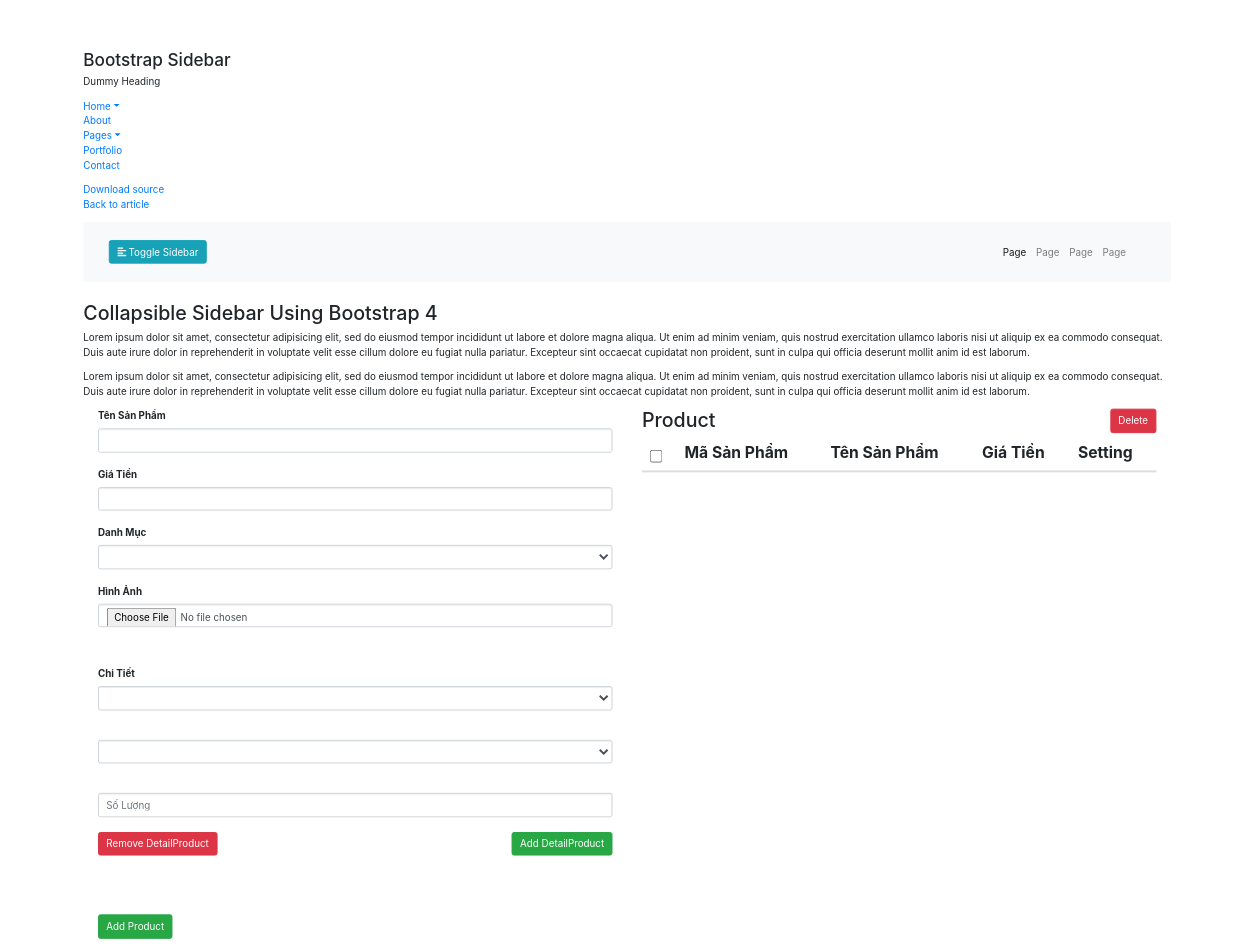
Repository: tiendungnguyen738/shoponline
Page: http://localhost/shoponline/WEB-INF/views/Product_Admin.jsp
These files come from the project's save history. The page is drawn as it stood at one moment and after the next save; the edit follows.
The browser window is 1280 px wide. The pictures show the whole page, at 98% of full size.
Some web libraries are served in a nearby version. The page is served by Tomcat 9. Nobody is signed in. Other server files are loaded and not shown. The template is opened directly, without the code that normally fills it, so the values that code supplies are empty.

Above is the page before, as saved 2019-09-24 13:18:37.

### shoponline/src/main/webapp/WEB-INF/views/Product_Admin.jsp
<%@ taglib prefix="c" uri="http://java.sun.com/jsp/jstl/core" %>
<%@ page contentType="text/html;charset=UTF-8" language="java" %>

<html>
<head>
    <title>Product-Manage</title>
    <meta charset="utf-8">
    <link rel="stylesheet" href="https://maxcdn.bootstrapcdn.com/bootstrap/3.4.0/css/bootstrap.min.css">
   	<link rel="stylesheet" href="<c:url value='/resources/admin/product-admin.css'/>"/>

   	<meta name="viewport" content="width=device-width, initial-scale=1.0">
    <meta http-equiv="X-UA-Compatible" content="IE=edge">

    <link rel="stylesheet" href="https://stackpath.bootstrapcdn.com/bootstrap/4.1.0/css/bootstrap.min.css" integrity="sha384-9gVQ4dYFwwWSjIDZnLEWnxCjeSWFphJiwGPXr1jddIhOegiu1FwO5qRGvFXOdJZ4" crossorigin="anonymous">
    <script defer src="https://use.fontawesome.com/releases/v5.0.13/js/solid.js" integrity="sha384-tzzSw1/Vo+0N5UhStP3bvwWPq+uvzCMfrN1fEFe+xBmv1C/AtVX5K0uZtmcHitFZ" crossorigin="anonymous"></script>
    <script defer src="https://use.fontawesome.com/releases/v5.0.13/js/fontawesome.js" integrity="sha384-6OIrr52G08NpOFSZdxxz1xdNSndlD4vdcf/q2myIUVO0VsqaGHJsB0RaBE01VTOY" crossorigin="anonymous"></script>

</head>
<body>
    <div class="container" style="margin-top: 50px;">
    <div class="wrapper">
			<nav id="sidebar">
            <div class="sidebar-header">
                <h3>Bootstrap Sidebar</h3>
            </div>

            <ul class="list-unstyled components">
                <p>Dummy Heading</p>
                <li class="active">
                    <a href="#homeSubmenu" data-toggle="collapse" aria-expanded="false" class="dropdown-toggle">Home</a>
                    <ul class="collapse list-unstyled" id="homeSubmenu">
                        <li>
                            <a href="#">Home 1</a>
                        </li>
                        <li>
                            <a href="#">Home 2</a>
                        </li>
                        <li>
                            <a href="#">Home 3</a>
                        </li>
                    </ul>
                </li>
                <li>
                    <a href="#">About</a>
                </li>
                <li>
                    <a href="#pageSubmenu" data-toggle="collapse" aria-expanded="false" class="dropdown-toggle">Pages</a>
                    <ul class="collapse list-unstyled" id="pageSubmenu">
                        <li>
                            <a href="#">Page 1</a>
                        </li>
                        <li>
                            <a href="#">Page 2</a>
                        </li>
                        <li>
                            <a href="#">Page 3</a>
                        </li>
                    </ul>
                </li>
                <li>
                    <a href="#">Portfolio</a>
                </li>
                <li>
                    <a href="#">Contact</a>
                </li>
            </ul>

            <ul class="list-unstyled CTAs">
                <li>
                    <a href="https://bootstrapious.com/tutorial/files/sidebar.zip" class="download">Download source</a>
                </li>
                <li>
                    <a href="https://bootstrapious.com/p/bootstrap-sidebar" class="article">Back to article</a>
                </li>
            </ul>
        </nav>
            <div id="content">

            <nav class="navbar navbar-expand-lg navbar-light bg-light">
                <div class="container-fluid">

                    <button type="button" id="sidebarCollapse" class="btn btn-info">
                        <i class="fas fa-align-left"></i>
                        <span>Toggle Sidebar</span>
                    </button>
                    <button class="btn btn-dark d-inline-block d-lg-none ml-auto" type="button" data-toggle="collapse" data-target="#navbarSupportedContent" aria-controls="navbarSupportedContent" aria-expanded="false" aria-label="Toggle navigation">
                        <i class="fas fa-align-justify"></i>
                    </button>

                    <div class="collapse navbar-collapse" id="navbarSupportedContent">
                        <ul class="nav navbar-nav ml-auto">
                            <li class="nav-item active">
                                <a class="nav-link" href="#">Page</a>
                            </li>
                            <li class="nav-item">
                                <a class="nav-link" href="#">Page</a>
                            </li>
                            <li class="nav-item">
                                <a class="nav-link" href="#">Page</a>
                            </li>
                            <li class="nav-item">
                                <a class="nav-link" href="#">Page</a>
                            </li>
                        </ul>
                    </div>
                </div>
            </nav>

            <h2>Collapsible Sidebar Using Bootstrap 4</h2>
            <p>Lorem ipsum dolor sit amet, consectetur adipisicing elit, sed do eiusmod tempor incididunt ut labore et dolore magna aliqua. Ut enim ad minim veniam, quis nostrud exercitation ullamco laboris nisi ut aliquip ex ea commodo consequat. Duis aute irure dolor in reprehenderit in voluptate velit esse cillum dolore eu fugiat nulla pariatur. Excepteur sint occaecat cupidatat non proident, sunt in culpa qui officia deserunt mollit anim id est laborum.</p>
            <p>Lorem ipsum dolor sit amet, consectetur adipisicing elit, sed do eiusmod tempor incididunt ut labore et dolore magna aliqua. Ut enim ad minim veniam, quis nostrud exercitation ullamco laboris nisi ut aliquip ex ea commodo consequat. Duis aute irure dolor in reprehenderit in voluptate velit esse cillum dolore eu fugiat nulla pariatur. Excepteur sint occaecat cupidatat non proident, sunt in culpa qui officia deserunt mollit anim id est laborum.</p>


            <div class="col-md-6 col-sm-12 form-group">
                <form id="form-sanpham">
                    <label>Tên Sản Phẩm</label>
                    <input type="text" class="form-control" id="tenSanPham" name="tenSanPham"></br>

                    <label>Giá Tiền</label>
                    <input type="text" class="form-control" id="giaTien" name="giaTien"></br>

                    <label for="danhmucsanpham">Danh Mục</label><br>
                    <select id="danhmucsanpham" name="danhmucsanpham" class="form-control">
                       <c:forEach items="${categoryList}" var="categoryList">
                            <option value="${categoryList.category_id}">${categoryList.category_name}</option>
                        </c:forEach>
                    </select><br/>

                    <label>Hình Ảnh</label>
                    <input type="file" class="form-control" id="uploadhinhanh" name="uploadhinhanh"></br>
					<br/>
                </form>
                    <div id="containerChitietsanpham">

                        <div class="chitietsanpham">
                            <label>Chi Tiết</label></br>

                            <select name="size" class="form-control">
                                 <c:forEach items="${sizeList}" var="sizeList">
                                    <option value="${sizeList.id}">${sizeList.sizeName}</option>
                                </c:forEach>
                            </select></br></br>

                            <select name="mau" class="form-control">
                                 <c:forEach items="${colorList}" var="colorList">
                                    <option value="${colorList.id}">${colorList.colorName}</option>
                                </c:forEach>
                            </select></br></br>

                            <input type="number" name="soluong" class="form-control" placeholder="Số Lượng"/></br>
                            <button type="button" class="btn btn-danger btn-remove" style="display: inline;">Remove DetailProduct</button>
                            <button type="button" class="btn btn-success btn-detail" style="float:right;display: inline;">Add DetailProduct</button></br>
                        </div></br></br>
                    </div>

                        <div class="chitietsanpham" id="idChiTietSanPham">
                            <label>Chi Tiết</label></br>

                            <select name="size" class="form-control" id="size1">
                                <c:forEach items="${sizeList}" var="sizeList">
                                    <option value="${sizeList.id}">${sizeList.sizeName}</option>
                                </c:forEach>
                            </select></br></br>

                            <select name="mau" class="form-control" id="mau1">
                                 <c:forEach items="${colorList}" var="colorList">
                                    <option value="${colorList.id}">${colorList.colorName}</option>
                                </c:forEach>
                            </select></br></br>

                            <input type="number" name="soluong" id="soLuong1" class="form-control" placeholder="Số Lượng"/></br>
                            <button type="button" class="btn btn-danger btn-remove" style="display: inline;">Remove DetailProduct</button>
                            <button type="button" class="btn btn-success btn-detail" style="float:right;display: inline;">Add DetailProduct</button></br><br/>
                            <button type="button" class="btn btn-dark" id="cancel">Cancel</button>
                            <button type="button" class="btn btn-primary capNhatSanPham" id="capNhatSanPham">Update Product</button>
                        </div></br></br>
                    <button id="btn-themSanPham" type="button" class="btn btn-success">Add Product</button>

            </div>
	        <div class="col-md-6 col-sm-12">
	            <div>
	                <h2 style="display: inline;">Product</h2>
	                <button type="button" class="btn btn-danger" id="button-delete" style="float:right;display: inline;">Delete</button>
	            </div>
	            <table class="table table-hover" id="table-product">
	                <thead>
	                <tr>
	                    <th><input type="checkbox" class="AllCheckBox" id="allBox"></th>
	                    <th>Mã Sản Phẩm</th>
	                    <th>Tên Sản Phẩm</th>
	                    <th>Giá Tiền</th>
	                    <th>Setting</th>
	                </tr>
	                </thead>
	                <tbody>
		             	<c:forEach items="${productList1}" var="pro">
		                    <tr>
		                        <td><input type="checkbox" value="${pro.id}" name="sport"/></td>
		                        <td>${pro.id}</td>
		                        <td>${pro.productName}</td>
		                        <td>${pro.price}</td>
		                        <td><button type="button" class="btn btn-warning" value="${pro.id}" id="editProduct">Edit</button></td>
		                    </tr>
		                </c:forEach>
	                </tbody>
	            </table>
	            <ul style="display: inline;list-style-type: none;" class="pagination">
	                <c:forEach begin="1" end="${tongSoTrang}" var="trangThu">
	                     <li style="display: inline;margin-left: -6%;" class="page-item">
	                         <a href="/shoponline/admin-product/${trangThu}" class="page" style="padding: 7px 10px;border-radius: 5px; border:1px blue solid;"><c:out value="${trangThu}"/></a>
	                     </li>
	                </c:forEach>
	            </ul>
	        </div>


        </div>
        </div>
    </div>

    <script src="https://code.jquery.com/jquery-3.3.1.slim.min.js" integrity="sha384-q8i/X+965DzO0rT7abK41JStQIAqVgRVzpbzo5smXKp4YfRvH+8abtTE1Pi6jizo" crossorigin="anonymous"></script>
    <!-- Popper.JS -->
    <script src="https://cdnjs.cloudflare.com/ajax/libs/popper.js/1.14.0/umd/popper.min.js" integrity="sha384-cs/chFZiN24E4KMATLdqdvsezGxaGsi4hLGOzlXwp5UZB1LY//20VyM2taTB4QvJ" crossorigin="anonymous"></script>
    <!-- Bootstrap JS -->
    <script src="https://stackpath.bootstrapcdn.com/bootstrap/4.1.0/js/bootstrap.min.js" integrity="sha384-uefMccjFJAIv6A+rW+L4AHf99KvxDjWSu1z9VI8SKNVmz4sk7buKt/6v9KI65qnm" crossorigin="anonymous"></script>

    <script type="text/javascript">
        $(document).ready(function () {
            $('#sidebarCollapse').on('click', function () {
                $('#sidebar').toggleClass('active');
            });
        });
    </script>
</body>

<script src="http://code.jquery.com/jquery-1.9.1.js"></script>
<script src="http://malsup.github.com/jquery.form.js"></script>
<script type="text/javascript" src="<c:url value='/resources/js/productManage.js'/>"></script>

</html>

### shoponline/src/main/webapp/resources/admin/product-admin.css
#idChiTietSanPham{
	 display:none;
}

### shoponline/src/main/webapp/resources/js/productManage.js
$(document).ready(function(){
	var idProduct = 0;
    var files= [];
	var nameImage = "";
	$("#uploadhinhanh").change(function(event){
		 files = event.target.files;
	       nameImage = files[0].name;
	       var forms = new FormData();
	       forms.append("file",files[0]);
	       $.ajax({
	           url:"/shoponline/api-product-manage/upload-image",
	           type:"POST",
	           data:forms,
	           processData: false,
	           contentType: false,
	           enctype:"multipart/form-data",
	           success:function(value){
	               alert("upload thanh cong");
	           }
	       })
	})

	$("body").on("click",".btn-detail",function(){
		var This = $("#idChiTietSanPham").clone();
		This.removeAttr("id");
		This.appendTo($("#containerChitietsanpham"));
	})

	$("body").delegate(".btn-remove","click",function(){
		this.closest(".chitietsanpham").remove();
	})

	$("body").on("click","#btn-themSanPham",function(){
		var productForm = {};
		var productDetail =[];

		var form  = $("#form-sanpham").serializeArray();
		$.each(form, function(i, field){
		   productForm[field.name] = field.value;
		  });

		$("#containerChitietsanpham > .chitietsanpham").each(function(){
			objectChiTiet = {};
            mauSanPham = $(this).find('select[name="mau"]').val();
            sizeSanPham = $(this).find('select[name="size"]').val();
            soLuong = $(this).find('input[name="soluong"]').val();

            objectChiTiet["mauSanPham"] = mauSanPham;
            objectChiTiet["sizeSanPham"] = sizeSanPham;
            objectChiTiet["soLuong"] = soLuong;

            productDetail.push(objectChiTiet);
		});

		productForm["productDetail"] = productDetail;
		productForm["nameImage"] = nameImage;
		var formInfor = JSON.stringify(productForm);
		console.log(formInfor);
		$.ajax({
			 url:"/shoponline/api-product-manage/add-product",
			 type:"POST",
			 data:{
				 formInfor:formInfor
			 },
			 success:function(value){
				 alert("add success");
			 }

		})
	})

	$("body").on("click","#editProduct",function(){
        $("#btn-themSanPham").addClass("hide");
        $("#uploadhinhanh").prop('readonly', true);
		idProduct = $(this).closest("tr").find("input[name='sport']").val();
		$.ajax({
			url:"/shoponline/api-product-manage/edit-product",
			type:"POST",
			data:{
				idProduct:idProduct
			},
			success:function(value){
				   $("#tenSanPham").val(value.productName);
	               $("#giaTien").val(value.price);
	               $("#danhmucsanpham").val(value.category.category_id);

	               $("#containerChitietsanpham").html("");

	               for( i in value.productsDetail){
	                   var chitietsanpham = $("#idChiTietSanPham").clone().removeAttr("id");
	                   chitietsanpham.find("#mau1").val(value.productsDetail[i].color.id);
	                   chitietsanpham.find("#size1").val(value.productsDetail[i].size.id);
	                   chitietsanpham.find("#soLuong1").val(value.productsDetail[i].soLuong);
	                   $("#containerChitietsanpham").append(chitietsanpham);
	               }
	               $("#cancel").removeClass("hide");
	               $("#capNhatSanPham").removeClass("hide");
			}
		})
	})

	$("body").on("click","#cancel",function(){
       $("#btn-themSanPham").removeClass("hide");
       $(this).addClass("hide");
       $("#capNhatSanPham").addClass("hide");
   })

	$("#allBox").change(function(){
       if(this.checked){
           $("#table-product input").each(function () {
                $(this).prop("checked",true);
           })
       }else {
           $("#table-product input").each(function () {
               $(this).prop("checked",false);
           })
       }
   })

   $("#button-delete").click(function(){
	   var idProduct;
	   $("#table-product input[name='sport']:checked").each(function () {
		   idProduct = $(this).val();
		   var This = $(this);
		   $.ajax({
			   url:"/shoponline/api-product-manage/delete-product",
			   type:"POST",
			   data:{
				   idProduct:idProduct
			   },
			   success:function(value){
				   alert("delete success !!!");
				   This.closest("tr").remove();
			   }
		   })
      })
   })

	$("body").on("click","#capNhatSanPham",function(){
		var formData = $("#form-sanpham").serializeArray();
        json = {};
        arrayChiTiet = [];
        $("#containerChitietsanpham > .chitietsanpham").each(function(){
            objectChiTiet = {};
            mauSanPham = $(this).find('select[name="mau"]').val();
            sizeSanPham = $(this).find('select[name="size"]').val();
            soLuong = $(this).find('input[name="soluong"]').val();

            objectChiTiet["mauSanPham"] = mauSanPham;
            objectChiTiet["sizeSanPham"] = sizeSanPham;
            objectChiTiet["soLuong"] = soLuong;

            arrayChiTiet.push(objectChiTiet);
        })

        $.each(formData,function(i,field){
            json[field.name] = field.value;
        })
        json["chiTietSanPham"] = arrayChiTiet;
        json["idProduct"] = idProduct;
        $.ajax({
            url:"/shoponline/api-product-manage/capNhapSanPham",
            type:"POST",
            data:{
                dataJson:JSON.stringify(json)
            },
            success:function(value){
                alert("update product success");
            }
        })
	})


})

Loaded but not shown: shoponline/src/main/webapp/resources/admin/style.css (common file)

After the next save:
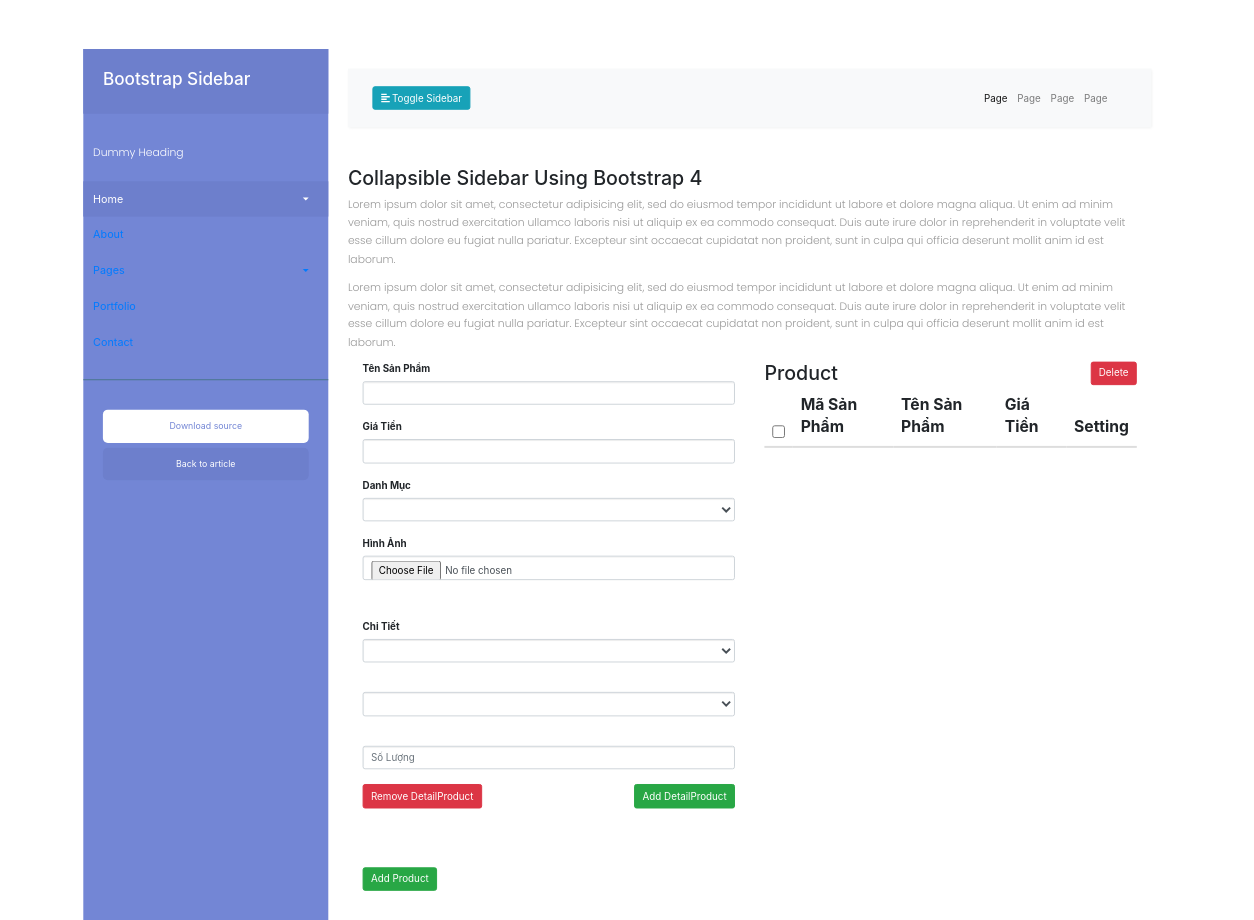
Saved 3 min 40 s later.
--- a/shoponline/src/main/webapp/WEB-INF/views/Product_Admin.jsp
+++ b/shoponline/src/main/webapp/WEB-INF/views/Product_Admin.jsp
@@ -7,6 +7,7 @@
     <meta charset="utf-8">
     <link rel="stylesheet" href="https://maxcdn.bootstrapcdn.com/bootstrap/3.4.0/css/bootstrap.min.css">
    	<link rel="stylesheet" href="<c:url value='/resources/admin/product-admin.css'/>"/>
+   	<link rel="stylesheet" href="<c:url value='/resources/admin/style.css'/>"/>
 
    	<meta name="viewport" content="width=device-width, initial-scale=1.0">
     <meta http-equiv="X-UA-Compatible" content="IE=edge">
